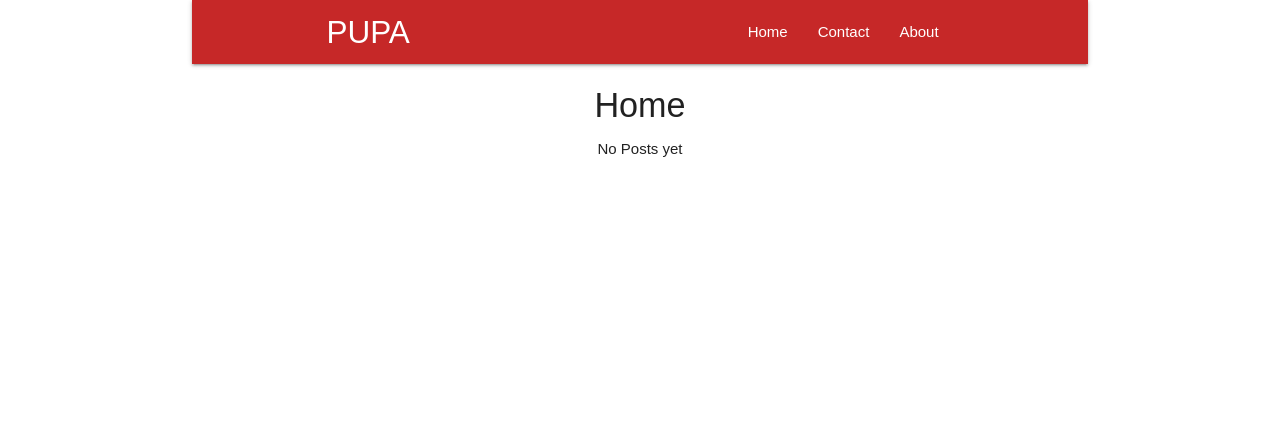
Repository: Carboplatin/React-Redux_Playground
Page: /
The author's editor kept a copy of each file at every save. The page is drawn from the files as they stood at one save, then again after a run of saves.
The browser window is 1280 px wide. The pictures show the whole page.
The page's requests for data from a server got no answer. The project was rebuilt for these pictures with package versions that can differ from the ones it lists, and the page was loaded fresh each time. No one was signed in, and anything a server would have sent is missing. Also part of the build but not shown: src/hoc/Rainbow.js, src/components/About.js, src/components/Contact.js, src/components/Post.js.

Above is the page before, as saved 2019-09-10 21:25:57.

After the next 4 saves:
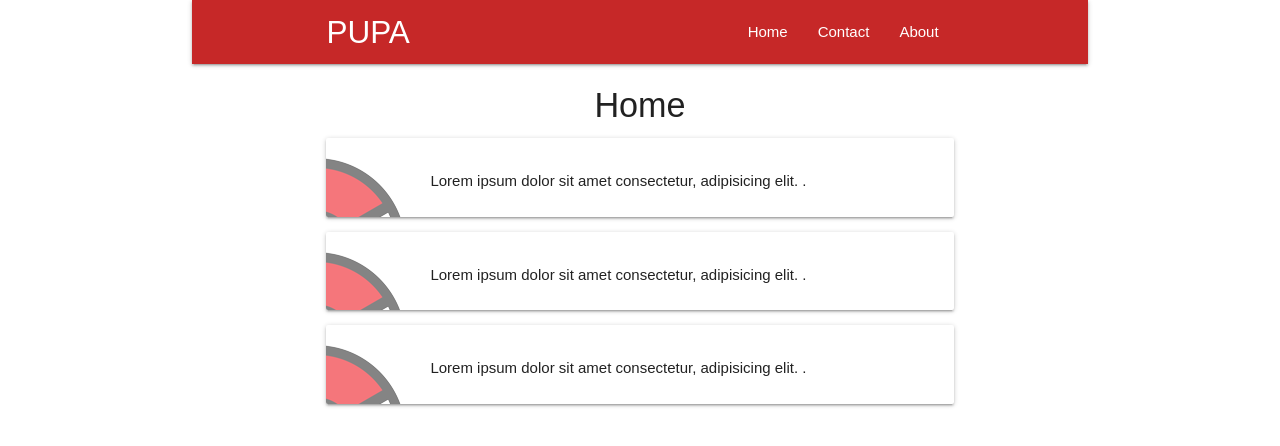
The 4 saves are shown as one change because 3 did not build or start.
The last was saved 17 min 22 s later.
--- a/src/components/Home.js
+++ b/src/components/Home.js
@@ -1,24 +1,13 @@
 import React, { Component } from 'react'
-import axios from 'axios'
 import { Link } from 'react-router-dom'
 import Pokeball from '../pokeball.png'
+import { connect } from 'react-redux'
 
 class Home extends Component {
-  state = {
-    posts: [ ]
-  }
-  componentDidMount(){
-    axios.get('https://jsonplaceholder.typicode.com/posts')
-      .then(res => {
-        console.log(res)
-        this.setState({
-          posts: res.data.slice(0,10)
-        })
-      })
-  }
 
   render(){
-    const { posts } = this.state;
+    console.log(this.props)
+    const { posts } = this.props;
     const postList = posts.length ? (
       posts.map(post => {
         return(
@@ -46,4 +35,10 @@ class Home extends Component {
   }
 }
 
-export default Home
+const mapStateToProps = (state) =>{
+  return {
+    posts: state.posts
+  }
+}
+
+export default connect(mapStateToProps)(Home)
